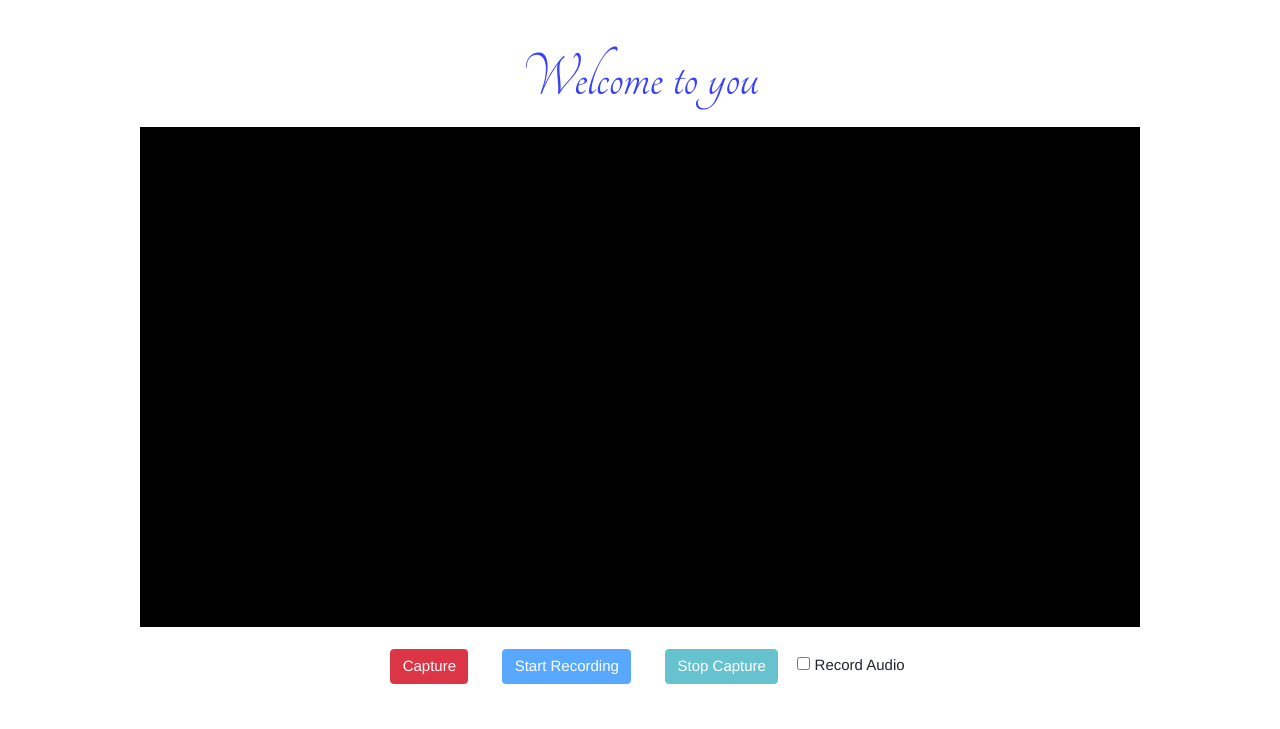
Repository: santiljanomalaj/recording_youtube
Page: index.html
These files come from the project's save history. The page is drawn as it stood at one moment and after the next save; the edit follows.
The browser window is 1280 px wide. The pictures show the whole page.

Above is the page before, as saved 2020-04-29 19:27:08.

### index.html
<!DOCTYPE html>
<html lang="en">
  <head>
    <title>video/audio capture</title>
    <meta charset="utf-8" />
    <meta http-equiv="X-UA-Compatible" content="IE=edge" />
    <meta name="viewport" content="width=device-width, initial-scale=1" />

    <link rel="stylesheet" href="./css/bootstrap.min.css" />
    <link rel="stylesheet" href="./css/w3.css" />
    <link
      rel="stylesheet"
      href="https://fonts.googleapis.com/css?family=Tangerine"
    />
    <link rel="stylesheet" href="./css/style.css" />

    <!-- <script>
      if (location.protocol !== "https:") location.protocol = "https:";
    </script> -->
    <!-- import the webpage's stylesheet -->
  </head>
  <body>
    <center>
      <div class="w3-container w3-tangerine">
        <!-- <u style="color: red;"> -->
        <h1 class="w3-jumbo">&nbsp Welcome to you &nbsp</h1>
        <!-- </u> -->
      </div>
      <p id="warning">
        Enable chrome://flags/#enable-experimental-web-platform-features
      </p>
      <video
        style="background-color: black; width: 1000px; height: 500px;"
        id="videoElement"
        autoplay
      ></video>
      <br />
      <button class="btn btn-danger" id="captureBtn">Capture</button>
      <button class="btn btn-primary" id="startBtn" disabled>
        Start Recording
      </button>
      <button class="btn btn-info" id="stopBtn" disabled>
        Stop Capture
      </button>
      <input type="checkbox" id="audioToggle" />
      <label for="audioToggle">Record Audio</label>
      <div class="a1">
        <a class="btn btn-primary" id="download" href="#" style="display: none;"
          >Download</a
        >
      </div>

      <a
        class="btn btn-primary"
        id="trim"
        href="https://video-cut.glitch.me/"
        style="display: none;"
        target="trim"
        >Trim Video</a
      >
      <a
        class="btn btn-primary"
        id="convert"
        href="https://convert-to-mp4.glitch.me/"
        style="display: none;"
        target="convert"
        >Convert to MP4</a
      >
    </center>

    <script src="./js/comlink.js"></script>
    <script src="./js/jquery.min.js"></script>
    <script src="./js/popper.min.js"></script>
    <script src="https://maxcdn.bootstrapcdn.com/bootstrap/4.4.1/js/bootstrap.min.js"></script>

    <script>
      if ("getDisplayMedia" in navigator.mediaDevices)
        warning.style.display = "none";

      let blobs;
      let blob;
      let rec;
      let stream;

      captureBtn.onclick = async () => {
        trim.style.display = "none";
        convert.style.display = "none";
        download.style.display = "none";
        let audio = audioToggle.checked || false;

        stream = await navigator.mediaDevices.getDisplayMedia({
          video: true,
          audio: audio,
        });
        stream
          .getVideoTracks()
          .forEach((track) => (track.contentHint = "text"));
        videoElement.srcObject = stream;
        let opts = { mimeType: "video/webm; codecs=h264" };
        blobs = [];
        rec = new MediaRecorder(stream, opts);
        rec.ondataavailable = (e) => blobs.push(e.data);
        rec.onstop = () => {
          blob = new Blob(blobs, { type: "video/mp4" });
          let url = window.URL.createObjectURL(blob);
          download.href = url;
          download.download = "test.mp4";
          download.style.display = "block";
          trim.style.display = "block";
          convert.style.display = "block";
        };
        startBtn.disabled = false;
        captureBtn.disabled = true;
        audioToggle.disabled = true;
      };

      startBtn.onclick = () => {
        startBtn.disabled = true;
        stopBtn.disabled = false;
        rec.start();
      };

      stopBtn.onclick = () => {
        captureBtn.disabled = false;
        startBtn.disabled = true;
        stopBtn.disabled = true;
        audioToggle.disabled = false;
        rec.stop();
        stream.getTracks().forEach((s) => s.stop());
        videoElement.srcObject = null;
        stream = null;
      };

      trim.onclick = async (event) => {
        event.preventDefault();
        let cutWindow = window.open(event.target.href);
        let start = Comlink.proxy(cutWindow);
        setTimeout(async () => {
          let result = await start(
            new File([blob], "test.webm", { type: "video/webm" }),
            "00:00:00"
          );
        }, 1000);
      };

      convert.onclick = async (event) => {
        event.preventDefault();
        let convertWindow = window.open(event.target.href);
        let start = Comlink.proxy(convertWindow);
        setTimeout(async () => {
          let result = await start(
            new File([blob], "test.webm", { type: "video/webm" })
          );
        }, 1000);
      };
    </script>
  </body>
</html>

### css/style.css
/* CSS files add styling rules to your content */

body {
  font-family: "Benton Sans", "Helvetica Neue", helvetica, arial, sans-serif;
  margin: 2em;
}

h1 {
  font-family: "Tangerine", serif;
  color: #373fff;
}

video {
  width: 1000px;
  height: 1000px;
}

button {
  margin: 1em;
  padding: 1;
}

.a1 {
  margin-top: 2px;
}

.btn-primary a {
  margin-top: 3px;
}

.w3-tangerine {
  font-family: "Tangerine", serif;
}

### js/comlink.js
/**
 * Copyright 2017 Google Inc. All Rights Reserved.
 * Licensed under the Apache License, Version 2.0 (the "License");
 * you may not use this file except in compliance with the License.
 * You may obtain a copy of the License at
 *     http://www.apache.org/licenses/LICENSE-2.0
 * Unless required by applicable law or agreed to in writing, software
 * distributed under the License is distributed on an "AS IS" BASIS,
 * WITHOUT WARRANTIES OR CONDITIONS OF ANY KIND, either express or implied.
 * See the License for the specific language governing permissions and
 * limitations under the License.
 */
(function (factory) {
  if (typeof module === "object" && typeof module.exports === "object") {
    var v = factory(require, exports);
    if (v !== undefined) module.exports = v;
  } else if (typeof define === "function" && define.amd) {
    define(["require", "exports"], factory);
  } else {
    factory([], (self.Comlink = {}));
  }
})(function (require, exports) {
  "use strict";
  Object.defineProperty(exports, "__esModule", { value: true });
  const TRANSFERABLE_TYPES = [ArrayBuffer, MessagePort];
  const uid = Math.floor(Math.random() * Number.MAX_SAFE_INTEGER);
  const proxyValueSymbol = Symbol("proxyValue");
  const throwSymbol = Symbol("throw");
  const proxyTransferHandler = {
    canHandle: (obj) => obj && obj[proxyValueSymbol],
    serialize: (obj) => {
      const { port1, port2 } = new MessageChannel();
      expose(obj, port1);
      return port2;
    },
    deserialize: (obj) => {
      return proxy(obj);
    },
  };
  const throwTransferHandler = {
    canHandle: (obj) => obj && obj[throwSymbol],
    serialize: (obj) => obj.toString() + "\n" + obj.stack,
    deserialize: (obj) => {
      throw Error(obj);
    },
  };
  exports.transferHandlers = new Map([
    ["PROXY", proxyTransferHandler],
    ["THROW", throwTransferHandler],
  ]);
  let pingPongMessageCounter = 0;
  function proxy(endpoint, target) {
    if (isWindow(endpoint)) endpoint = windowEndpoint(endpoint);
    if (!isEndpoint(endpoint))
      throw Error(
        "endpoint does not have all of addEventListener, removeEventListener and postMessage defined"
      );
    activateEndpoint(endpoint);
    return cbProxy(
      async (irequest) => {
        let args = [];
        if (irequest.type === "APPLY" || irequest.type === "CONSTRUCT")
          args = irequest.argumentsList.map(wrapValue);
        const response = await pingPongMessage(
          endpoint,
          Object.assign({}, irequest, { argumentsList: args }),
          transferableProperties(args)
        );
        const result = response.data;
        return unwrapValue(result.value);
      },
      [],
      target
    );
  }
  exports.proxy = proxy;
  function proxyValue(obj) {
    obj[proxyValueSymbol] = true;
    return obj;
  }
  exports.proxyValue = proxyValue;
  function expose(rootObj, endpoint) {
    if (isWindow(endpoint)) endpoint = windowEndpoint(endpoint);
    if (!isEndpoint(endpoint))
      throw Error(
        "endpoint does not have all of addEventListener, removeEventListener and postMessage defined"
      );
    activateEndpoint(endpoint);
    attachMessageHandler(endpoint, async function (event) {
      if (!event.data.id || !event.data.callPath) return;
      const irequest = event.data;
      let that = await irequest.callPath
        .slice(0, -1)
        .reduce((obj, propName) => obj[propName], rootObj);
      let obj = await irequest.callPath.reduce(
        (obj, propName) => obj[propName],
        rootObj
      );
      let iresult = obj;
      let args = [];
      if (irequest.type === "APPLY" || irequest.type === "CONSTRUCT")
        args = irequest.argumentsList.map(unwrapValue);
      if (irequest.type === "APPLY") {
        try {
          iresult = await obj.apply(that, args);
        } catch (e) {
          iresult = e;
          iresult[throwSymbol] = true;
        }
      }
      if (irequest.type === "CONSTRUCT") {
        try {
          iresult = new obj(...args); // eslint-disable-line new-cap
          iresult = proxyValue(iresult);
        } catch (e) {
          iresult = e;
          iresult[throwSymbol] = true;
        }
      }
      if (irequest.type === "SET") {
        obj[irequest.property] = irequest.value;
        // FIXME: ES6 Proxy Handler `set` methods are supposed to return a
        // boolean. To show good will, we return true asynchronously ¯\_(ツ)_/¯
        iresult = true;
      }
      iresult = makeInvocationResult(iresult);
      iresult.id = irequest.id;
      return endpoint.postMessage(iresult, transferableProperties([iresult]));
    });
  }
  exports.expose = expose;
  function wrapValue(arg) {
    // Is arg itself handled by a TransferHandler?
    for (const [key, transferHandler] of exports.transferHandlers) {
      if (transferHandler.canHandle(arg)) {
        return {
          type: key,
          value: transferHandler.serialize(arg),
        };
      }
    }
    // If not, traverse the entire object and find handled values.
    let wrappedChildren = [];
    for (const item of iterateAllProperties(arg)) {
      for (const [key, transferHandler] of exports.transferHandlers) {
        if (transferHandler.canHandle(item.value)) {
          wrappedChildren.push({
            path: item.path,
            wrappedValue: {
              type: key,
              value: transferHandler.serialize(item.value),
            },
          });
        }
      }
    }
    for (const wrappedChild of wrappedChildren) {
      const container = wrappedChild.path
        .slice(0, -1)
        .reduce((obj, key) => obj[key], arg);
      container[wrappedChild.path[wrappedChild.path.length - 1]] = null;
    }
    return {
      type: "RAW",
      value: arg,
      wrappedChildren,
    };
  }
  function unwrapValue(arg) {
    if (exports.transferHandlers.has(arg.type)) {
      const transferHandler = exports.transferHandlers.get(arg.type);
      return transferHandler.deserialize(arg.value);
    } else if (isRawWrappedValue(arg)) {
      for (const wrappedChildValue of arg.wrappedChildren || []) {
        if (!exports.transferHandlers.has(wrappedChildValue.wrappedValue.type))
          throw Error(
            `Unknown value type "${arg.type}" at ${wrappedChildValue.path.join(
              "."
            )}`
          );
        const transferHandler = exports.transferHandlers.get(
          wrappedChildValue.wrappedValue.type
        );
        const newValue = transferHandler.deserialize(
          wrappedChildValue.wrappedValue.value
        );
        replaceValueInObjectAtPath(arg.value, wrappedChildValue.path, newValue);
      }
      return arg.value;
    } else {
      throw Error(`Unknown value type "${arg.type}"`);
    }
  }
  function replaceValueInObjectAtPath(obj, path, newVal) {
    const lastKey = path.slice(-1)[0];
    const lastObj = path.slice(0, -1).reduce((obj, key) => obj[key], obj);
    lastObj[lastKey] = newVal;
  }
  function isRawWrappedValue(arg) {
    return arg.type === "RAW";
  }
  function windowEndpoint(w) {
    if (self.constructor.name !== "Window") throw Error("self is not a window");
    return {
      addEventListener: self.addEventListener.bind(self),
      removeEventListener: self.removeEventListener.bind(self),
      postMessage: (msg, transfer) => w.postMessage(msg, "*", transfer),
    };
  }
  function isEndpoint(endpoint) {
    return (
      "addEventListener" in endpoint &&
      "removeEventListener" in endpoint &&
      "postMessage" in endpoint
    );
  }
  function activateEndpoint(endpoint) {
    if (isMessagePort(endpoint)) endpoint.start();
  }
  function attachMessageHandler(endpoint, f) {
    // Checking all possible types of `endpoint` manually satisfies TypeScript’s
    // type checker. Not sure why the inference is failing here. Since it’s
    // unnecessary code I’m going to resort to `any` for now.
    // if(isWorker(endpoint))
    //   endpoint.addEventListener('message', f);
    // if(isMessagePort(endpoint))
    //   endpoint.addEventListener('message', f);
    // if(isOtherWindow(endpoint))
    //   endpoint.addEventListener('message', f);
    endpoint.addEventListener("message", f);
  }
  function detachMessageHandler(endpoint, f) {
    // Same as above.
    endpoint.removeEventListener("message", f);
  }
  function isMessagePort(endpoint) {
    return endpoint.constructor.name === "MessagePort";
  }
  function isWindow(endpoint) {
    // TODO: This doesn’t work on cross-origin iframes.
    // return endpoint.constructor.name === 'Window';
    return ["window", "length", "location", "parent", "opener"].every(
      (prop) => prop in endpoint
    );
  }
  /**
   * `pingPongMessage` sends a `postMessage` and waits for a reply. Replies are
   * identified by a unique id that is attached to the payload.
   */
  function pingPongMessage(endpoint, msg, transferables) {
    const id = `${uid}-${pingPongMessageCounter++}`;
    return new Promise((resolve) => {
      attachMessageHandler(endpoint, function handler(event) {
        if (event.data.id !== id) return;
        detachMessageHandler(endpoint, handler);
        resolve(event);
      });
      // Copy msg and add `id` property
      msg = Object.assign({}, msg, { id });
      endpoint.postMessage(msg, transferables);
    });
  }
  function cbProxy(cb, callPath = [], target = function () {}) {
    return new Proxy(target, {
      construct(_target, argumentsList, proxy) {
        return cb({
          type: "CONSTRUCT",
          callPath,
          argumentsList,
        });
      },
      apply(_target, _thisArg, argumentsList) {
        // We use `bind` as an indicator to have a remote function bound locally.
        // The actual target for `bind()` is currently ignored.
        if (callPath[callPath.length - 1] === "bind")
          return cbProxy(cb, callPath.slice(0, -1));
        return cb({
          type: "APPLY",
          callPath,
          argumentsList,
        });
      },
      get(_target, property, proxy) {
        if (property === "then" && callPath.length === 0) {
          return { then: () => proxy };
        } else if (property === "then") {
          const r = cb({
            type: "GET",
            callPath,
          });
          return Promise.resolve(r).then.bind(r);
        } else {
          return cbProxy(cb, callPath.concat(property), _target[property]);
        }
      },
      set(_target, property, value, _proxy) {
        return cb({
          type: "SET",
          callPath,
          property,
          value,
        });
      },
    });
  }
  function isTransferable(thing) {
    return TRANSFERABLE_TYPES.some((type) => thing instanceof type);
  }
  function* iterateAllProperties(value, path = [], visited = null) {
    if (!value) return;
    if (!visited) visited = new WeakSet();
    if (visited.has(value)) return;
    if (typeof value === "string") return;
    if (typeof value === "object") visited.add(value);
    if (ArrayBuffer.isView(value)) return;
    yield { value, path };
    const keys = Object.keys(value);
    for (const key of keys)
      yield* iterateAllProperties(value[key], [...path, key], visited);
  }
  function transferableProperties(obj) {
    const r = [];
    for (const prop of iterateAllProperties(obj)) {
      if (isTransferable(prop.value)) r.push(prop.value);
    }
    return r;
  }
  function makeInvocationResult(obj) {
    for (const [type, transferHandler] of exports.transferHandlers) {
      if (transferHandler.canHandle(obj)) {
        const value = transferHandler.serialize(obj);
        return {
          value: { type, value },
        };
      }
    }
    return {
      value: {
        type: "RAW",
        value: obj,
      },
    };
  }
});

Loaded but not shown: css/bootstrap.min.css (library); css/w3.css (library); js/jquery.min.js (library); js/popper.min.js (library)

After the next save:
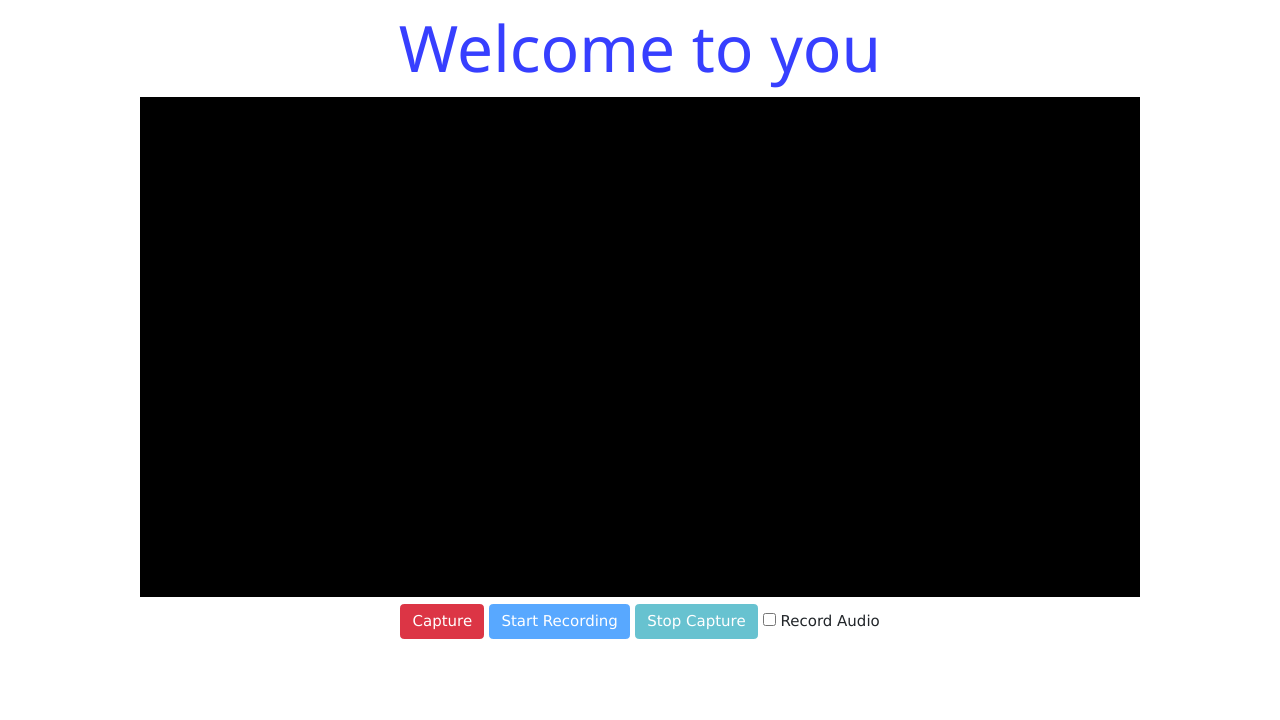
Saved 53 s later.
--- a/index.html
+++ b/index.html
@@ -6,13 +6,13 @@
     <meta http-equiv="X-UA-Compatible" content="IE=edge" />
     <meta name="viewport" content="width=device-width, initial-scale=1" />
 
+    <link rel="stylesheet" href="./css/style.css" />
     <link rel="stylesheet" href="./css/bootstrap.min.css" />
     <link rel="stylesheet" href="./css/w3.css" />
     <link
       rel="stylesheet"
       href="https://fonts.googleapis.com/css?family=Tangerine"
     />
-    <link rel="stylesheet" href="./css/style.css" />
 
     <!-- <script>
       if (location.protocol !== "https:") location.protocol = "https:";

After the 3 saves that followed:
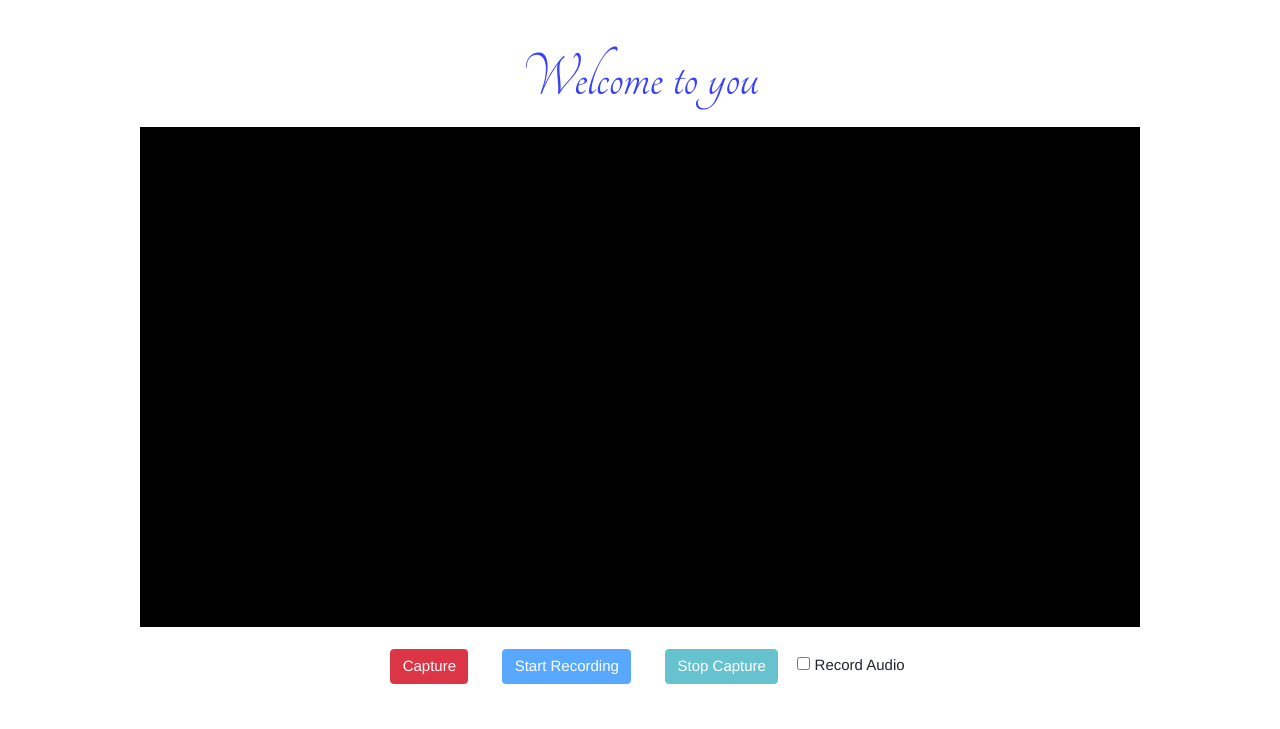
The 3 saves are shown as one change because 2 left the picture as it was.
The last was saved 66 s later.
--- a/index.html
+++ b/index.html
@@ -6,13 +6,13 @@
     <meta http-equiv="X-UA-Compatible" content="IE=edge" />
     <meta name="viewport" content="width=device-width, initial-scale=1" />
 
-    <link rel="stylesheet" href="./css/style.css" />
     <link rel="stylesheet" href="./css/bootstrap.min.css" />
     <link rel="stylesheet" href="./css/w3.css" />
     <link
       rel="stylesheet"
       href="https://fonts.googleapis.com/css?family=Tangerine"
     />
+    <link rel="stylesheet" href="./css/style.css" />
 
     <!-- <script>
       if (location.protocol !== "https:") location.protocol = "https:";
